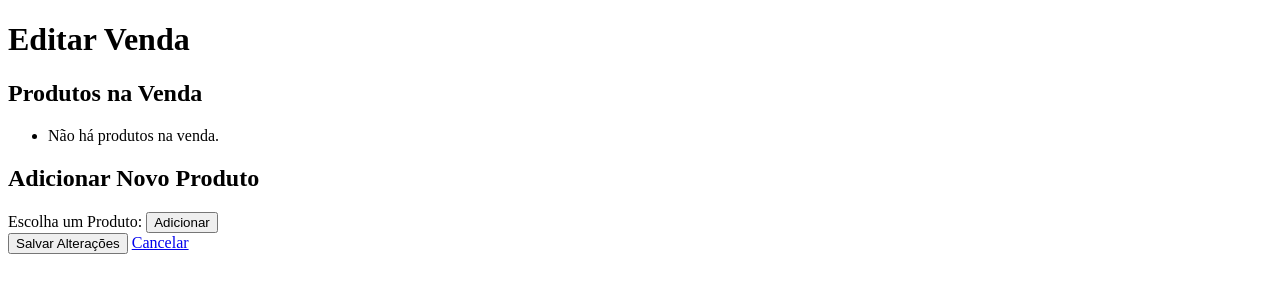
Repository: joaobatistafrontend/class-venda
Page: templates/editar_venda.html
An editor plug-in stored every save of this project. The page is shown before and after a run of saves, followed by the edit.
The browser window is 1280 px wide. The pictures show the whole page.
The template is drawn by Django 4.2. The application's start-up code is not run. Other server files are loaded and not shown. The template is opened directly, without the code that normally fills it, so the values that code supplies are empty.

Above is the page before, as saved 2024-10-27 22:28:21.

### templates/editar_venda.html
<!DOCTYPE html>
<html lang="en">
<head>
    <meta charset="UTF-8">
    <meta name="viewport" content="width=device-width, initial-scale=1.0">
    <title>Editar Venda - {{ venda.numero_venda }}</title>
</head>
<body>
    <h1>Editar Venda {{ venda.numero_venda }}</h1>

    <h2>Produtos na Venda</h2>
    <ul>
        {% for p in produtos %}
            <li>
                Produto: {{ p.produto.nome_produto }} - Quantidade: {{ p.qtd }} - Total: R$ {{ p.total }}
                <form method="post" action="{% url 'editar_venda' venda.pk %}" style="display:inline;">
                    {% csrf_token %}
                    <input type="hidden" name="produto_id" value="{{ p.produto.id }}">
                    <input type="hidden" name="remover_da_venda_editada" value="true">
                    <button type="submit">Remover</button>
                </form>
            </li>
        {% empty %}
            <li>Não há produtos na venda.</li>
        {% endfor %}
    </ul>

    <h2>Adicionar Novo Produto</h2>
    <form action="{% url 'editar_venda' venda.pk %}" method="post">
        {% csrf_token %}
        <label for="produto">Escolha um Produto:</label>
        {% for produto in todos_produtos %}
                <option value="{{ produto.id }}">{{ produto.produto }} - R$ {{ produto.valor }}</option>
        {% endfor %}
        <button type="submit">Adicionar</button>
    </form>

    <form method="post">
        {% csrf_token %}
        <button type="submit">Salvar Alterações</button>
        <a href="{% url 'index' %}">Cancelar</a>
    </form>
</body>
</html>

After the next 3 saves:
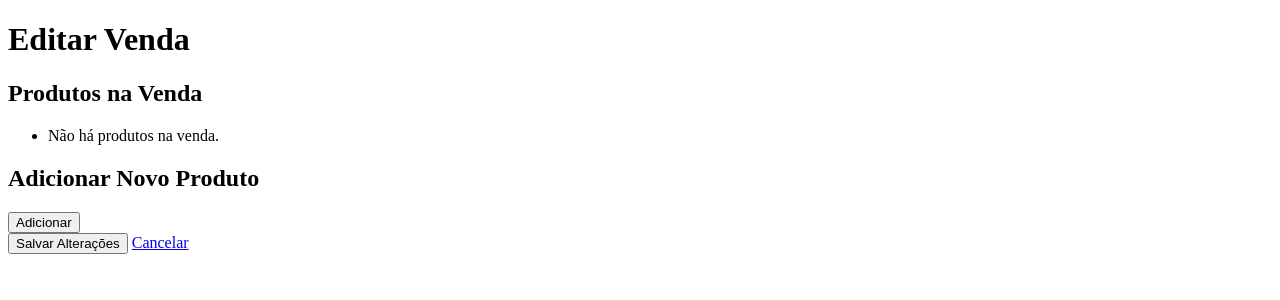
The 3 saves are shown as one change because they came seconds apart.
The last was saved 80 s later.
--- a/templates/editar_venda.html
+++ b/templates/editar_venda.html
@@ -28,7 +28,6 @@
     <h2>Adicionar Novo Produto</h2>
     <form action="{% url 'editar_venda' venda.pk %}" method="post">
         {% csrf_token %}
-        <label for="produto">Escolha um Produto:</label>
         {% for produto in todos_produtos %}
                 <option value="{{ produto.id }}">{{ produto.produto }} - R$ {{ produto.valor }}</option>
         {% endfor %}
